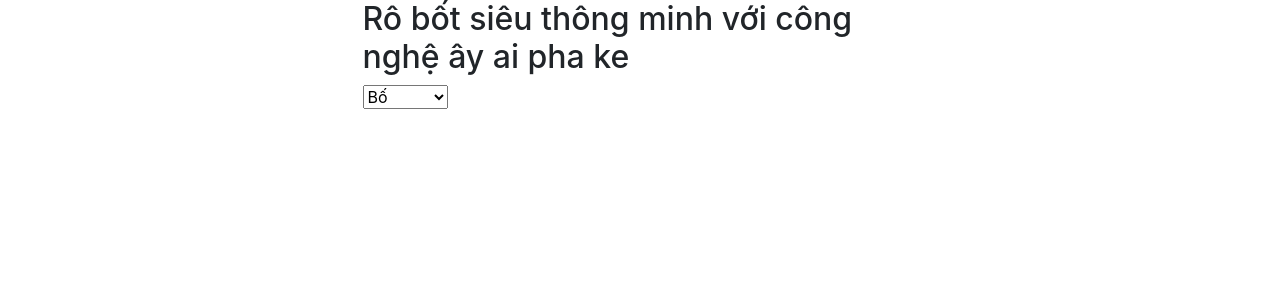
Repository: dovanthao2404/BC14_BaiTap_JS_Buoi_4_dovanthao
Page: html/bai2.html
An editor plug-in stored every save of this project. The page is shown before and after a run of saves, followed by the edit.
The browser window is 1280 px wide. The pictures show the whole page.

Above is the page before, as saved 2021-07-02 23:41:53.

### html/bai2.html
<!DOCTYPE html>
<html lang="en">

<head>
  <meta charset="UTF-8">
  <meta http-equiv="X-UA-Compatible" content="IE=edge">
  <meta name="viewport" content="width=device-width, initial-scale=1.0">
  <title>Document</title>

  <!-- BS4 -->
  <link rel="stylesheet" href="https://cdn.jsdelivr.net/npm/bootstrap@4.6.0/dist/css/bootstrap.min.css"
    integrity="sha384-B0vP5xmATw1+K9KRQjQERJvTumQW0nPEzvF6L/Z6nronJ3oUOFUFpCjEUQouq2+l" crossorigin="anonymous">
</head>

<body>
  <div class="container">
    <div class="w-50 mx-auto">
      <h2>Rô bốt siêu thông minh với công nghệ ây ai pha ke</h2>
      <div class="fom-group">
        <select id="">
          <option class="form-controls" selected>Bố</option>
          <option>Mẹ</option>
          <option>Anh Trai</option>
          <option>Em gái</option>
        </select>
      </div>
    </div>
  </div>
</body>

</html>

After the next 2 saves:
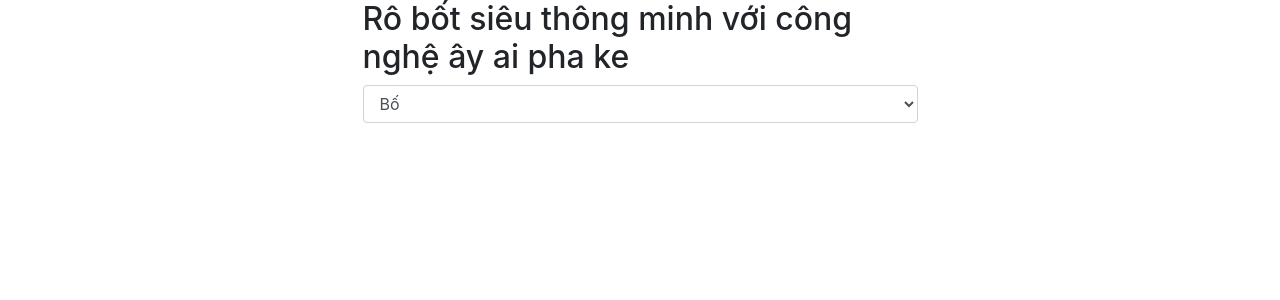
The 2 saves are shown as one change because they came seconds apart.
The last was saved 17 s later.
--- a/html/bai2.html
+++ b/html/bai2.html
@@ -17,8 +17,8 @@
     <div class="w-50 mx-auto">
       <h2>Rô bốt siêu thông minh với công nghệ ây ai pha ke</h2>
       <div class="fom-group">
-        <select id="">
-          <option class="form-controls" selected>Bố</option>
+        <select class="form-control" id="">
+          <option selected>Bố</option>
           <option>Mẹ</option>
           <option>Anh Trai</option>
           <option>Em gái</option>
